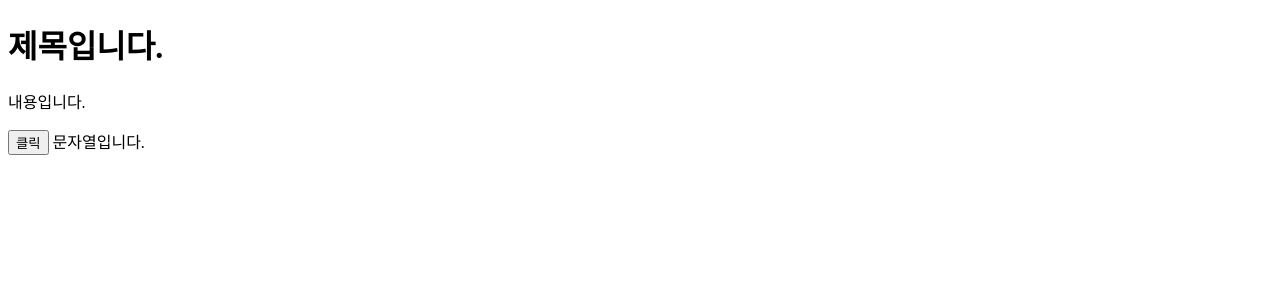
Repository: Hswwwww/WEB
Page: ClientTest/src/main/webapp/html/ex03_basic.html
An editor plug-in stored every save of this project. The page is shown before and after the next save, followed by the edit.
The browser window is 1280 px wide. The pictures show the whole page.

Above is the page before, as saved 2024-03-12 06:25:05.

After the next save:
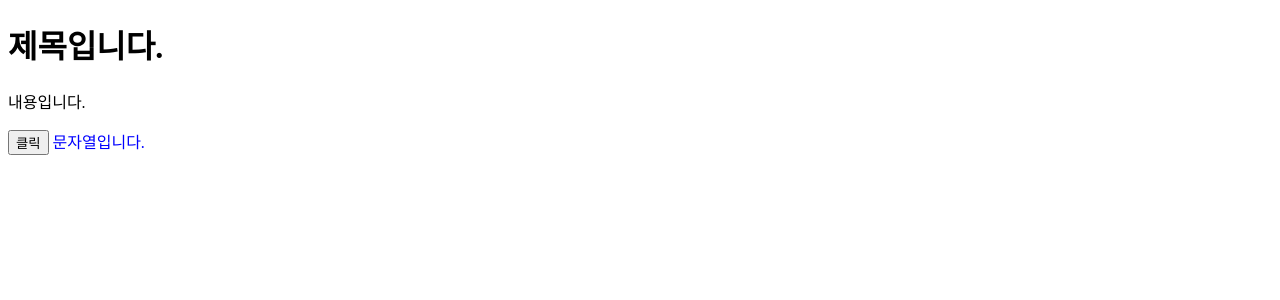
Saved 76 s later.
--- a/ClientTest/src/main/webapp/html/ex03_basic.html
+++ b/ClientTest/src/main/webapp/html/ex03_basic.html
@@ -66,8 +66,8 @@
 	<input type = "button" value = "클릭">
 
 
-	<font>문자열입니다.</font>
-
+	<font color = "blue">문자열입니다.</font>
+	<!-- font 태그안에 color 라는 속성이 있다. -->
 
 </body>
 </html>
